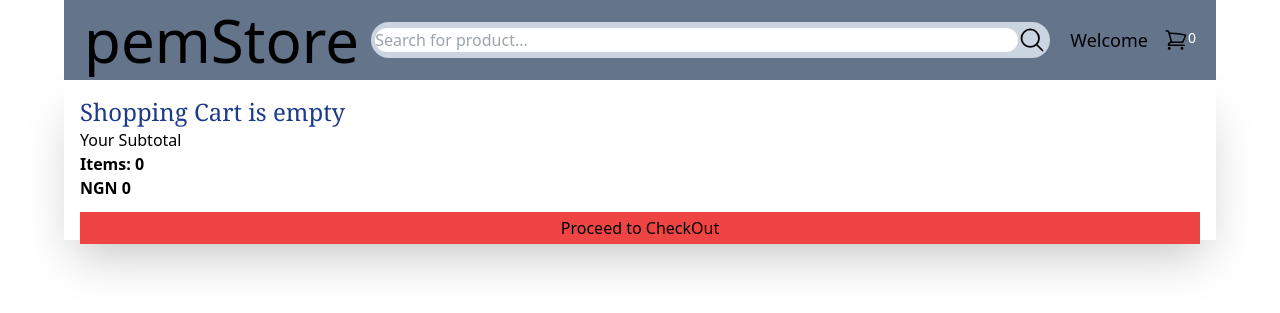
Repository: Semanmernstack/pemstore
Page: /checkout
These files come from the project's save history. The page is drawn as it stood at one moment and after the next save; the edit follows.
The browser window is 1280 px wide. The pictures show the whole page.
The page's requests for data from a server got no answer. The project was rebuilt for these pictures with package versions that can differ from the ones it lists, and the page was loaded fresh each time. The framework's server and built-in components were replaced by stand-ins that run in the browser. No one was signed in, and anything a server would have sent is missing. Also part of the build but not shown: next.config.js, components/CheckoutProduct.js.

Above is the page before, as saved 2022-11-06 05:57:51.

### pages/_app.js
import '../styles/globals.css'
import { SessionProvider } from "next-auth/react"
import { Provider } from 'react-redux'
import { store } from '../store'


function MyApp({ Component, pageProps: { session, ...pageProps }, }) {
  return (
    <SessionProvider session={session}>
      <Provider store={store}  >
        <Component {...pageProps} />
      </Provider>


    </SessionProvider>
  )
}

export default MyApp

### pages/checkout.js
import { useSession } from 'next-auth/react'
import React from 'react'
import { useSelector } from 'react-redux'
import CheckoutProduct from '../components/CheckoutProduct'
import Header from '../components/Header'
import { selectItems, selectTotal } from '../slices/basketSlice'

function Checkout() {
    const { data: session } = useSession()
    const items = useSelector(selectItems)
    const total = useSelector(selectTotal)
  return (
    <div  className=" mx-auto max-w-6xl "  >
        <Header />
        <div className="h-40 p-4 shadow-2xl flex flex-col">
        <div className="flex items-center  text-lg md:text-xl lg:text-2xl font-serif text-blue-900 space-x-4 ">
            <h1>{items.length === 0 ? "Shopping Cart is empty"  : "This is your pemStore Shopping Cart" }   </h1>
            <p>{session?.user.name}</p>
        </div>
        <div>
            <h1>Your Subtotal</h1>
            <h1 className="font-bold">Items: <span>{items.length}</span></h1>
            <span className="font-extrabold">NGN {total}</span>
        </div>
        <button className="  bg-red-500 hover:animate-bounce p-1 mt-3  cursor-pointer">Proceed to CheckOut</button>
        </div>

        {items.map((item, i) => (
            <CheckoutProduct
                key={i}
                id={item.id}
                title={item.title}
                price={item.price}
                description={item.description}
                category={item.category}
                image={item.image}
            />
        ))}



    </div>
  )
}

export default Checkout

### store.js
import { configureStore } from '@reduxjs/toolkit';
import  basketReducer  from "./slices/basketSlice"
// ...

export const store = configureStore({
  reducer: {
    basket: basketReducer,


  },
})

### components/Header.js
import React from 'react'
import { useSession, signIn, signOut } from "next-auth/react"
import { useRouter } from 'next/router'
import { useSelector } from 'react-redux'
import { selectItems } from '../slices/basketSlice'

function Header() {
    const { data: session } = useSession()
    const router = useRouter()
    const items = useSelector(selectItems)

    return (
      <div className="flex  items-center   h-20 md:p-2  lg:p-5 bg-slate-500  sticky top-0 z-20">
          <div onClick={() => router.push("/")} className="mr-3  text-3xl md:text-5xl lg:text-6xl">
              <h1 className="cursor-pointer">pemStore</h1>
          </div>
          <div className="flex items-center flex-grow bg-slate-300 p-1 cursor-pointer rounded-full ">
              <input className="outline-none  rounded-full flex-grow   " type="text" placeholder="Search for product..." />
              <svg className="h-7 w-7"   xmlns="http://www.w3.org/2000/svg" fill="none" viewBox="0 0 24 24" strokeWidth={1.5} stroke="currentColor" >
                  <path strokeLinecap="round" strokeLinejoin="round" d="M21 21l-5.197-5.197m0 0A7.5 7.5 0 105.196 5.196a7.5 7.5 0 0010.607 10.607z" />
              </svg>
          </div>
          <div className="flex items-center  m-2 lg:text-2xl">
          <div  onClick={!session ? signIn : signOut} className="flex items-center cursor-pointer text-sm md:text-lg mx-3">

              <p className="mr-1"> Welcome</p>
              <p >{session?.user.name}</p>

          </div>
          <div onClick={() => router.push("/checkout")} className="relative flex items-center ">
              <svg xmlns="http://www.w3.org/2000/svg" fill="none" viewBox="0 0 24 24" strokeWidth={1.5} stroke="currentColor" className="w-6 h-6">
                  <path strokeLinecap="round" strokeLinejoin="round" d="M2.25 3h1.386c.51 0 .955.343 1.087.835l.383 1.437M7.5 14.25a3 3 0 00-3 3h15.75m-12.75-3h11.218c1.121-2.3 2.1-4.684 2.924-7.138a60.114 60.114 0 00-16.536-1.84M7.5 14.25L5.106 5.272M6 20.25a.75.75 0 11-1.5 0 .75.75 0 011.5 0zm12.75 0a.75.75 0 11-1.5 0 .75.75 0 011.5 0z" />
              </svg>
              <p className="absolute left-6 top-0 text-sm text-white   ">{items?.length}</p>
          </div>
          </div>

      </div>
    )
  }

  export default Header

### slices/basketSlice.js
import { createSlice } from '@reduxjs/toolkit';

const initialState = {
    items: [],
};




export const basketSlice = createSlice({
    name: "basket",
    initialState,
    // The `reducers` field lets us define reducers and generate associated actions
    reducers: {
        addtoBasket: (state, action) => {
            state.items = [...state.items, action.payload]
        },
        removeFromBasket: (state, action) => {
            const index = state.items.findIndex(
                (basketItem) => basketItem.id === action.payload.id
            )
            let newBasket = [...state.items];
            if (index >= 0) {
                newBasket.splice(index, 1)
            } else {
                console.warn(
                    `you cant remove product {id: ${action.payload.id}} as its not added`
                )
            }
            state.items = newBasket;
        }




    },

});

export const { addtoBasket, removeFromBasket } = basketSlice.actions;

export const selectItems = (state) => state.basket?.items;

export const selectTotal = (state) => state.basket.items.reduce((total,item) => total + item.price, 0)

export default basketSlice.reducer;

Loaded but not shown: styles/globals.css (common file); tailwind.config.js (common file)

After the next save:
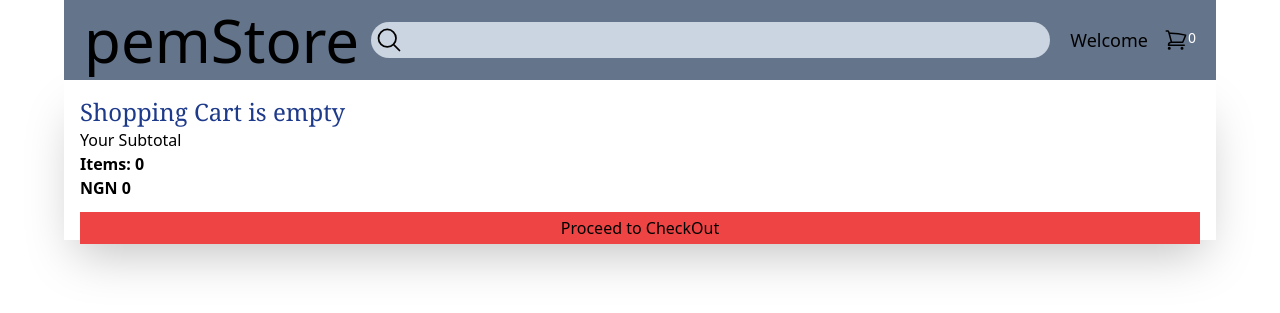
Saved 45 s later.
--- a/components/Header.js
+++ b/components/Header.js
@@ -15,7 +15,7 @@
               <h1 className="cursor-pointer">pemStore</h1>
           </div>
           <div className="flex items-center flex-grow bg-slate-300 p-1 cursor-pointer rounded-full ">
-              <input className="outline-none  rounded-full flex-grow   " type="text" placeholder="Search for product..." />
+              <input className=" hidden outline-none  rounded-full flex-grow   " type="text" placeholder="Search for product..." />
               <svg className="h-7 w-7"   xmlns="http://www.w3.org/2000/svg" fill="none" viewBox="0 0 24 24" strokeWidth={1.5} stroke="currentColor" >
                   <path strokeLinecap="round" strokeLinejoin="round" d="M21 21l-5.197-5.197m0 0A7.5 7.5 0 105.196 5.196a7.5 7.5 0 0010.607 10.607z" />
               </svg>
